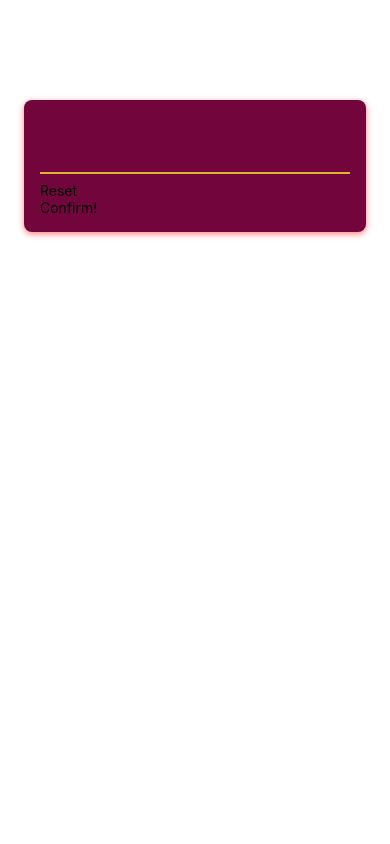
Repository: SyLe-Van/Number-Guessing-Game
Screen: /
An editor plug-in stored every save of this project. The screen is shown before and after the next save, followed by the edit.
The app was drawn by React Native's web renderer in a window 390 px wide. The project was rebuilt for these pictures with package versions that can differ from the ones it lists, and the page was loaded fresh each time.

Above is the screen before, as saved 2024-02-01 23:26:54.

### App.js
import { StyleSheet } from "react-native";

import StartGameScreen from "./screens/StartGameScreen";
export default function App() {
  return <StartGameScreen />;
}

const styles = StyleSheet.create({});

### screens/StartGameScreen.js
import { TextInput, View, StyleSheet } from "react-native";
import PrimaryButton from "../components/PrimaryButton";
function StartGameScreen() {
  return (
    <View style={styles.inputContainer}>
      <TextInput style={styles.numberInput} />
      <PrimaryButton>Reset</PrimaryButton>
      <PrimaryButton>Confirm!</PrimaryButton>
    </View>
  );
}
const styles = StyleSheet.create({
  inputContainer: {
    padding: 16,
    marginTop: 100,
    marginHorizontal: 24,
    backgroundColor: "#72063c",
    borderRadius: 8,
    shadowColor: "red",
    shadowOffset: { width: 0, height: 2 },
    shadowRadius: 6,
    shadowOpacity: 0.5,
  },
  numberInput: {
    height: 50,
    fontSize: 30,
    borderBottomColor: "#ddb52f",
    borderBottomWidth: 2,
    color: "#ddb52f",
    marginVertical: 8,
    fontWeight: "bold",
  },
});
export default StartGameScreen;

### components/PrimaryButton.js
import { View, Text } from "react-native";
function PrimaryButton({ children }) {
  return (
    <View>
      <Text>{children}</Text>
    </View>
  );
}
export default PrimaryButton;

After the next save:
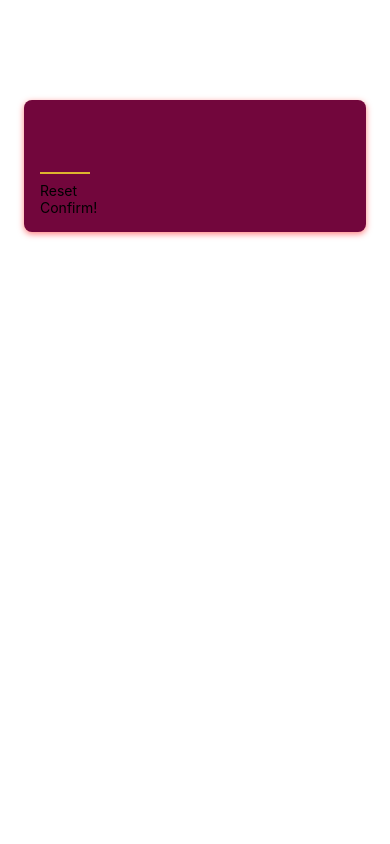
Saved 112 s later.
--- a/screens/StartGameScreen.js
+++ b/screens/StartGameScreen.js
@@ -23,6 +23,7 @@ const styles = StyleSheet.create({
   },
   numberInput: {
     height: 50,
+    width: 50,
     fontSize: 30,
     borderBottomColor: "#ddb52f",
     borderBottomWidth: 2,
